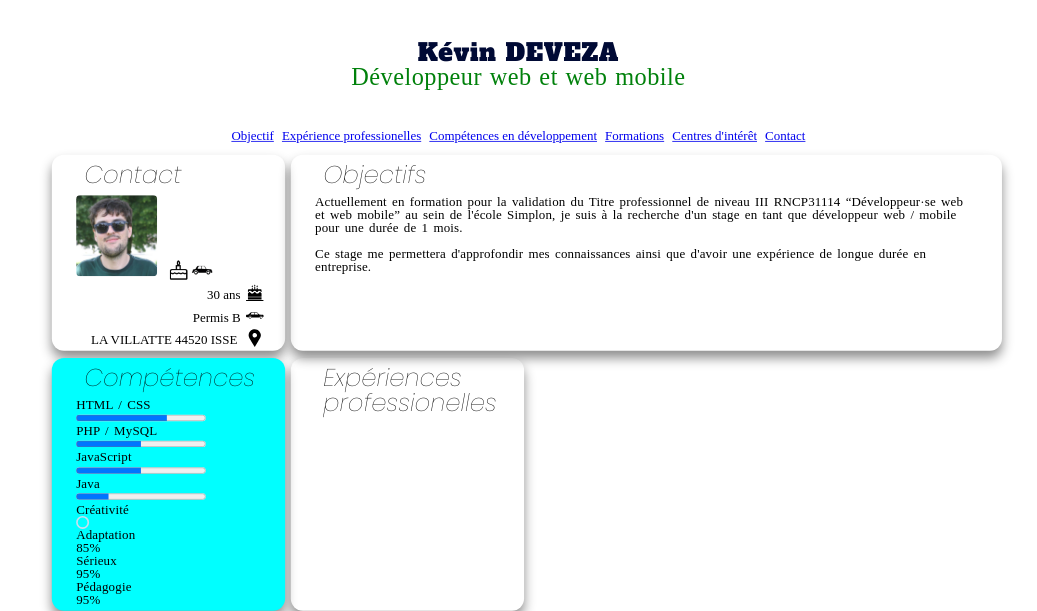
Repository: KevinDvZ/kevindvz.github.io
Page: index.html
These files come from the project's save history. The page is drawn as it stood at one moment and after the next save; the edit follows.
The browser window is 1280 px wide. The pictures show the whole page, at 81% of full size.

Above is the page before, as saved 2020-10-30 17:32:45.

After the next save:
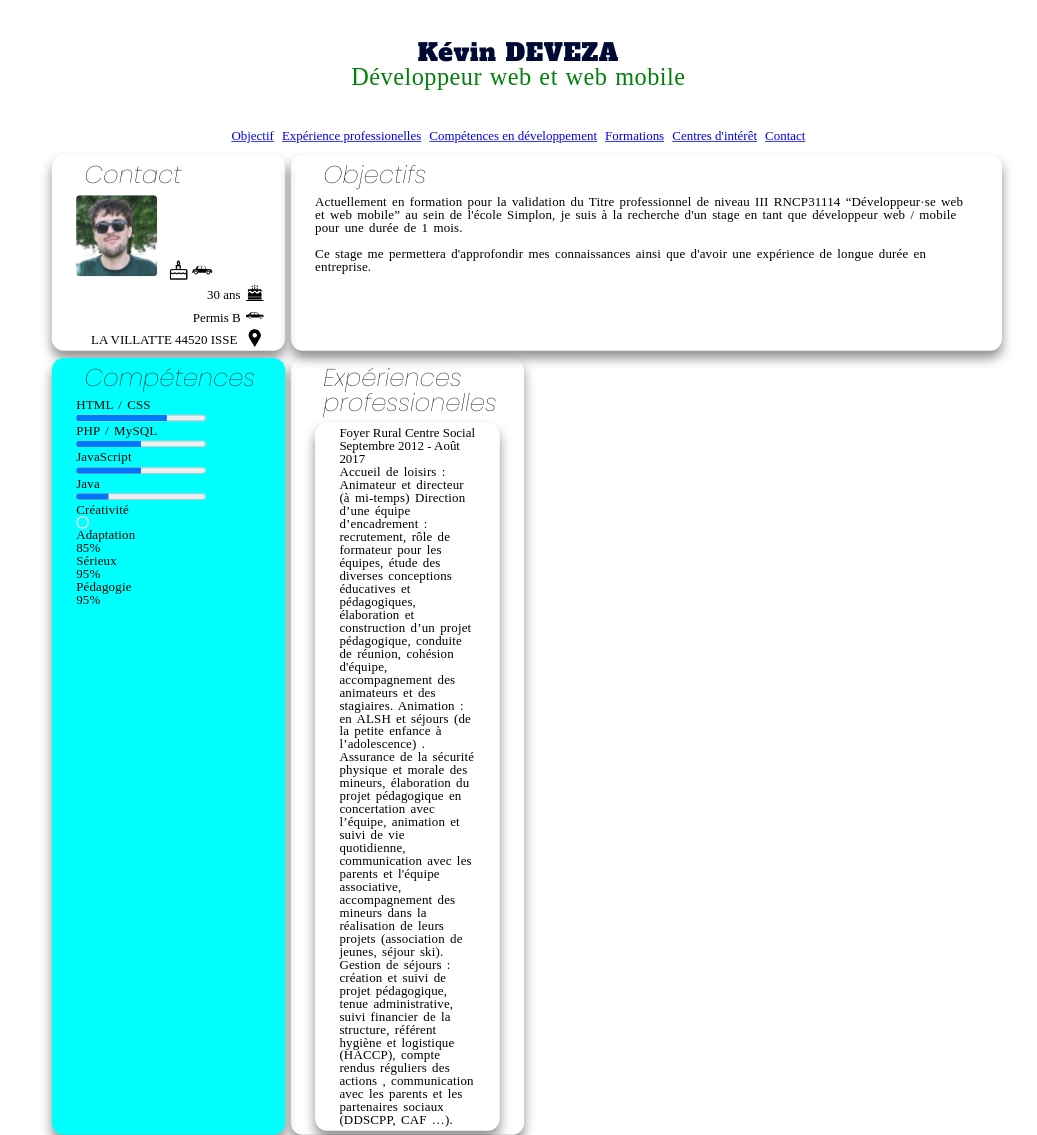
Saved 16 min 56 s later.
--- a/index.html
+++ b/index.html
@@ -84,6 +84,15 @@
 <div class="cadre" id="cadre-skills">
             <h2 class="entete">Expériences professionelles</h2>
 
+            <div class="cadre">
+                <h2 class="entreprise">Foyer Rural Centre Social</h2>
+                <h3 class="dates">Septembre 2012 - Août 2017</h3>
+                <p class="experience">Accueil de loisirs : Animateur et directeur (à mi-temps)
+                    Direction d’une équipe d’encadrement : recrutement, rôle de formateur pour les équipes, étude des diverses conceptions éducatives et pédagogiques, élaboration et construction d’un projet pédagogique, conduite de réunion, cohésion d'équipe, accompagnement des animateurs et des stagiaires.
+                    Animation : en ALSH et séjours (de la petite enfance à l’adolescence) . Assurance de la sécurité physique et morale des mineurs, élaboration du projet pédagogique en concertation avec l’équipe, animation et suivi de vie quotidienne, communication avec les parents et l'équipe associative, accompagnement des mineurs dans la réalisation de leurs projets (association de jeunes, séjour ski).
+                    Gestion de séjours : création et suivi de projet pédagogique, tenue administrative, suivi financier de la structure, référent hygiène et logistique (HACCP), compte rendus réguliers des actions , communication avec les parents et les partenaires sociaux (DDSCPP, CAF …).</p>
+            </div>
+
 
 </div>
 
